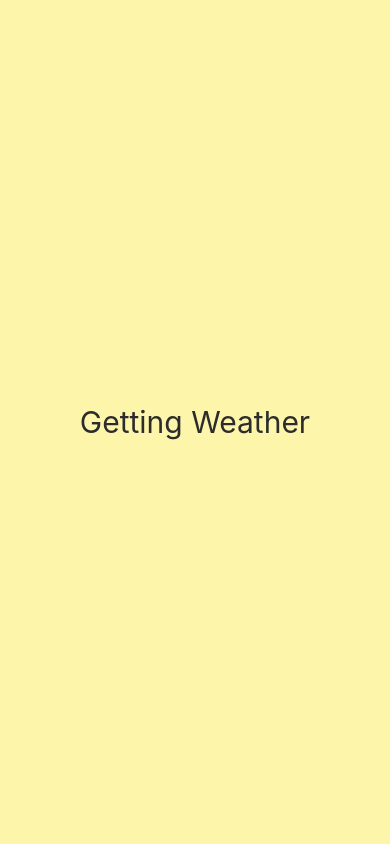
Repository: Exchallenger/Weather-app
Screen: /
These files come from the project's save history. The screen is drawn as it stood at one moment and after a run of saves; the edit follows.
The app was drawn by React Native's web renderer in a window 390 px wide. The project was rebuilt for these pictures with package versions that can differ from the ones it lists, and the page was loaded fresh each time. Also part of the build but not shown: weather.js.

Above is the screen before, as saved 2021-01-14 23:11:03.

After the next 2 saves:
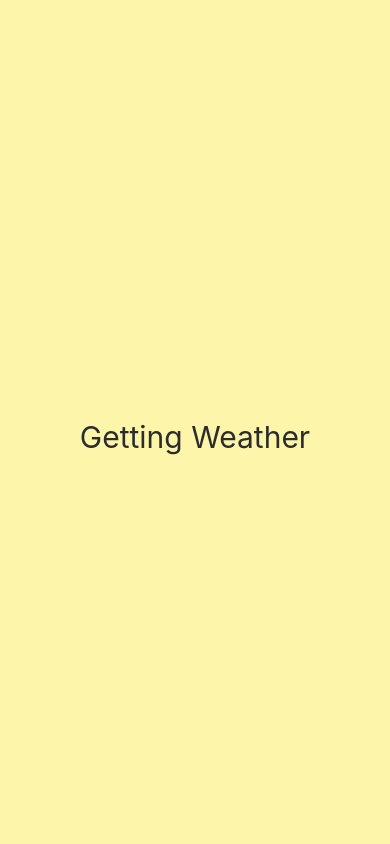
The 2 saves are shown as one change because 1 did not build or start.
The last was saved 77 s later.
--- a/loading.js
+++ b/loading.js
@@ -4,6 +4,7 @@ import {StyleSheet, Text, View} from "react-native";
 export default function Loading(){
     return(
     <View style={styles.container}>
+        <View style={styles.load}></View>
         <Text style={styles.text}>Getting Weather</Text>
 
     </View>);
@@ -21,5 +22,10 @@ const styles = StyleSheet.create({
     text:{
         color:"#2c2c2c",
         fontSize:30,
+    },
+    load:{
+        width:30,
+        height:30,
+        borderRadius:"50%",
     }
 });
